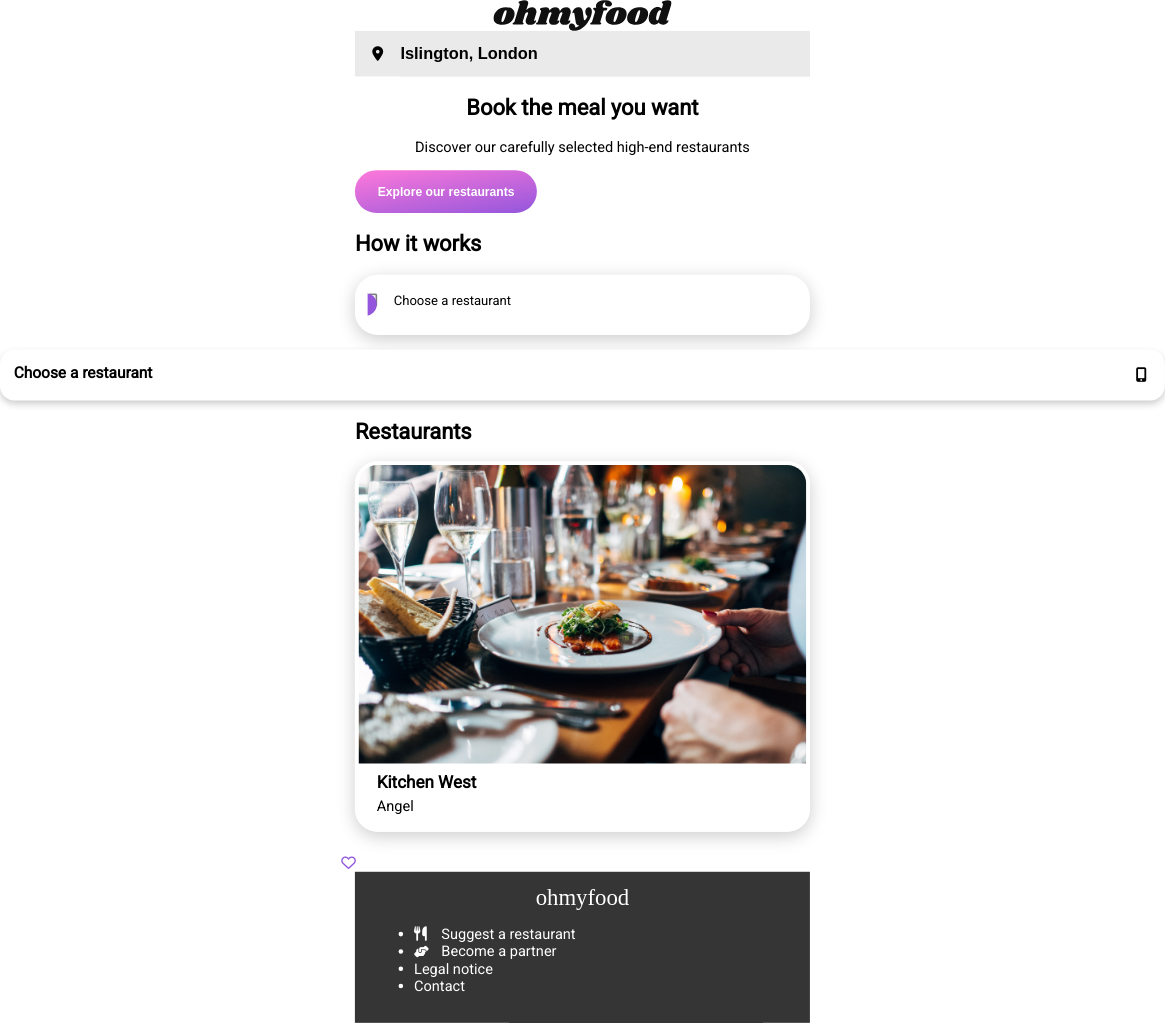
Repository: R1ptou/Project-3
Page: index.html
An editor plug-in stored every save of this project. The page is shown before and after the next save, followed by the edit.
The browser window is 1280 px wide. The pictures show the whole page, at 91% of full size.
Some web fonts or font styles are not loaded; a fallback is used. The style sheet was rebuilt from its Sass, Less or Tailwind sources for each picture, by a compiler version that may differ from the author's.

Above is the page before, as saved 2024-03-24 21:31:11.

After the next save:
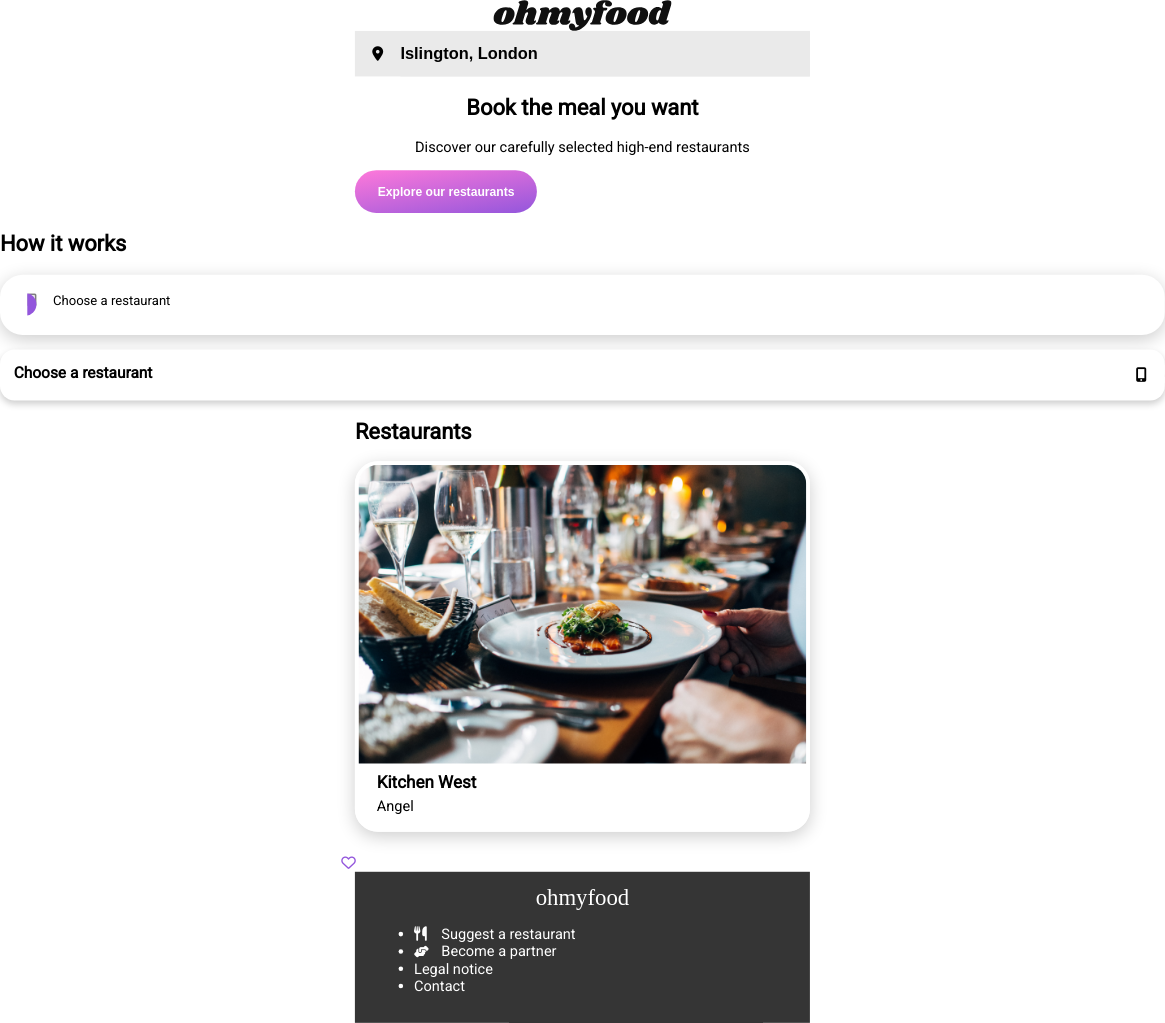
Saved 70 s later.
--- a/index.html
+++ b/index.html
@@ -32,7 +32,7 @@
 
 <!-- How it works -->
     <main>
-        <section class="container">
+        <section>
             <h2>How it works</h2>
             <ol class="list-group numbered card card-rest">
                 <li class="list-item">

After the save that followed:
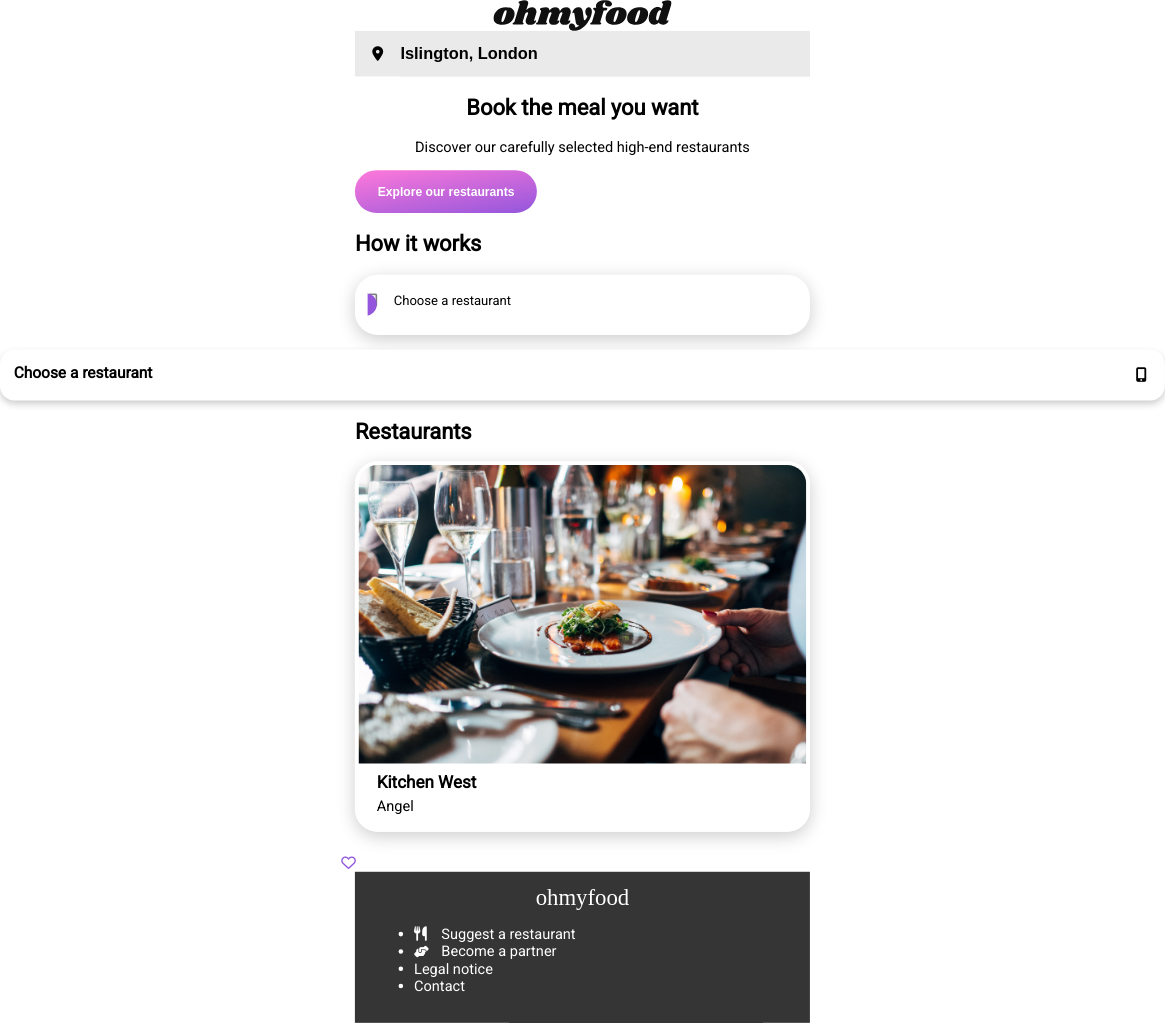
Saved 24 s later.
--- a/index.html
+++ b/index.html
@@ -32,7 +32,7 @@
 
 <!-- How it works -->
     <main>
-        <section>
+        <section class="container">
             <h2>How it works</h2>
             <ol class="list-group numbered card card-rest">
                 <li class="list-item">
